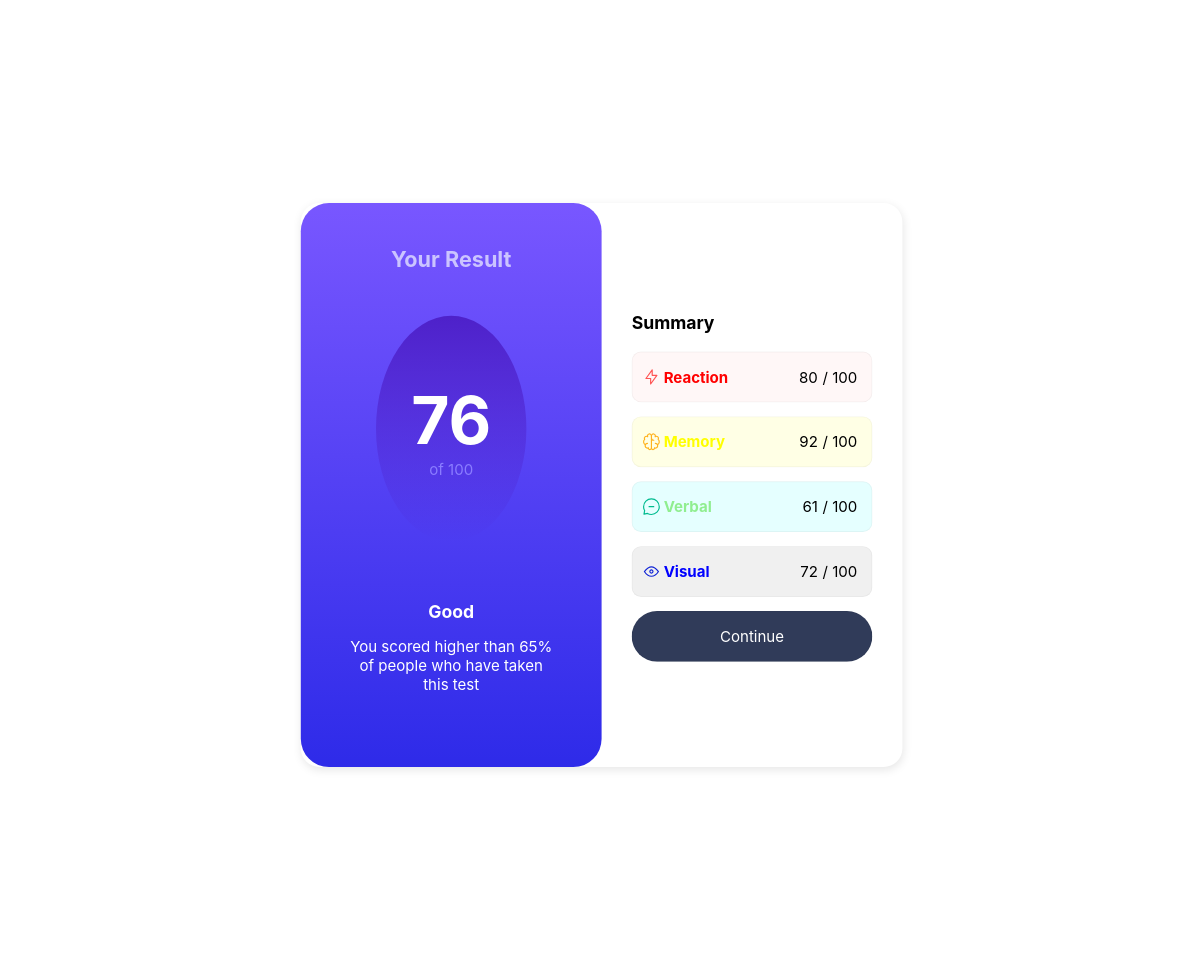
Repository: JeanPaulBassil/Result-Summary-Design
Page: /
An editor plug-in stored every save of this project. The page is shown before and after a run of saves, followed by the edit.
The browser window is 1280 px wide. The pictures show the whole page, at 94% of full size.
The project was rebuilt for these pictures with package versions that can differ from the ones it lists, and the page was loaded fresh each time.

Above is the page before, as saved 2023-02-24 18:30:33.

After the next 2 saves:
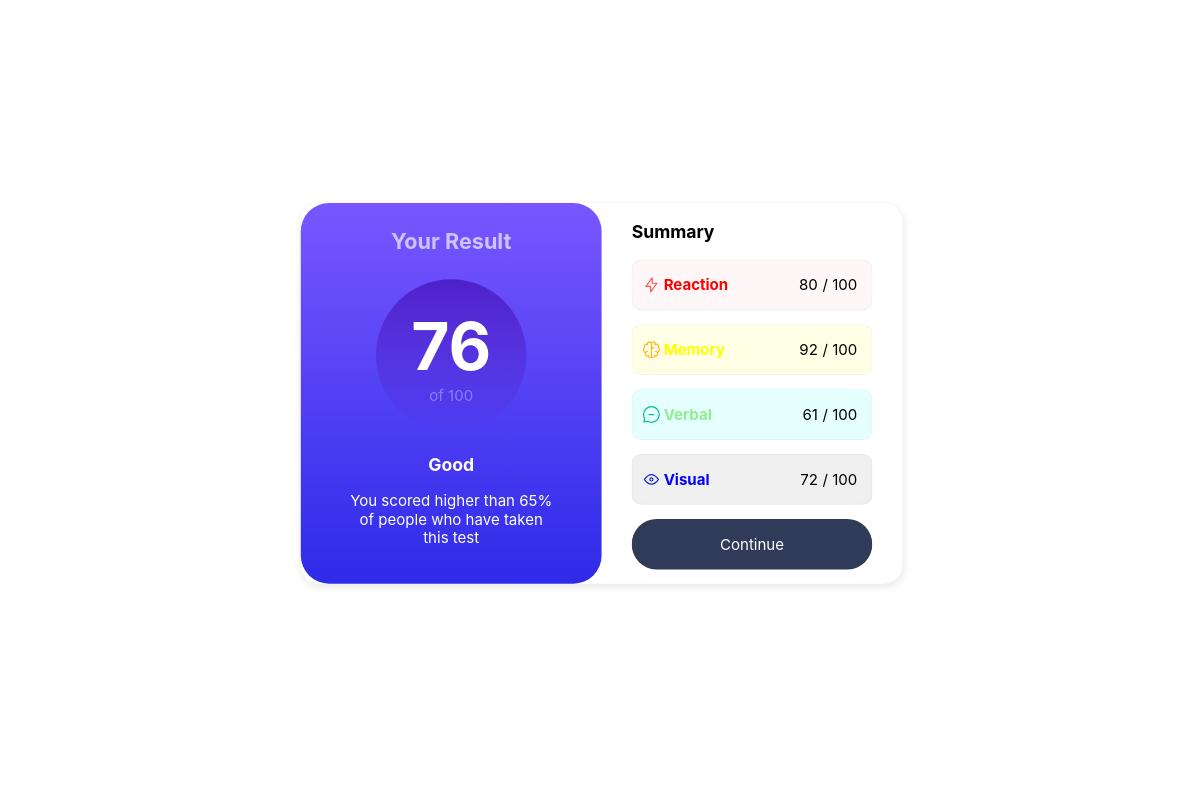
The 2 saves are shown as one change because they came seconds apart.
The last was saved 10 s later.
--- a/src/index.css
+++ b/src/index.css
@@ -14,14 +14,14 @@ code {
 
 .app{
   width: 50vw;
-  /* height: 100vh; */
+  height: 100vh;
   box-shadow: 1px 3px 10px rgba(0, 0, 0, .1);
   border-radius: 20px;
   display: block;
   margin: 30vh auto;
   display: grid;
   grid-template-columns: minmax(250px, 1fr) minmax(250px, 1fr);
-  min-height: 600px;
+  height: auto;
 }
 
 @media (max-width: 1125){
